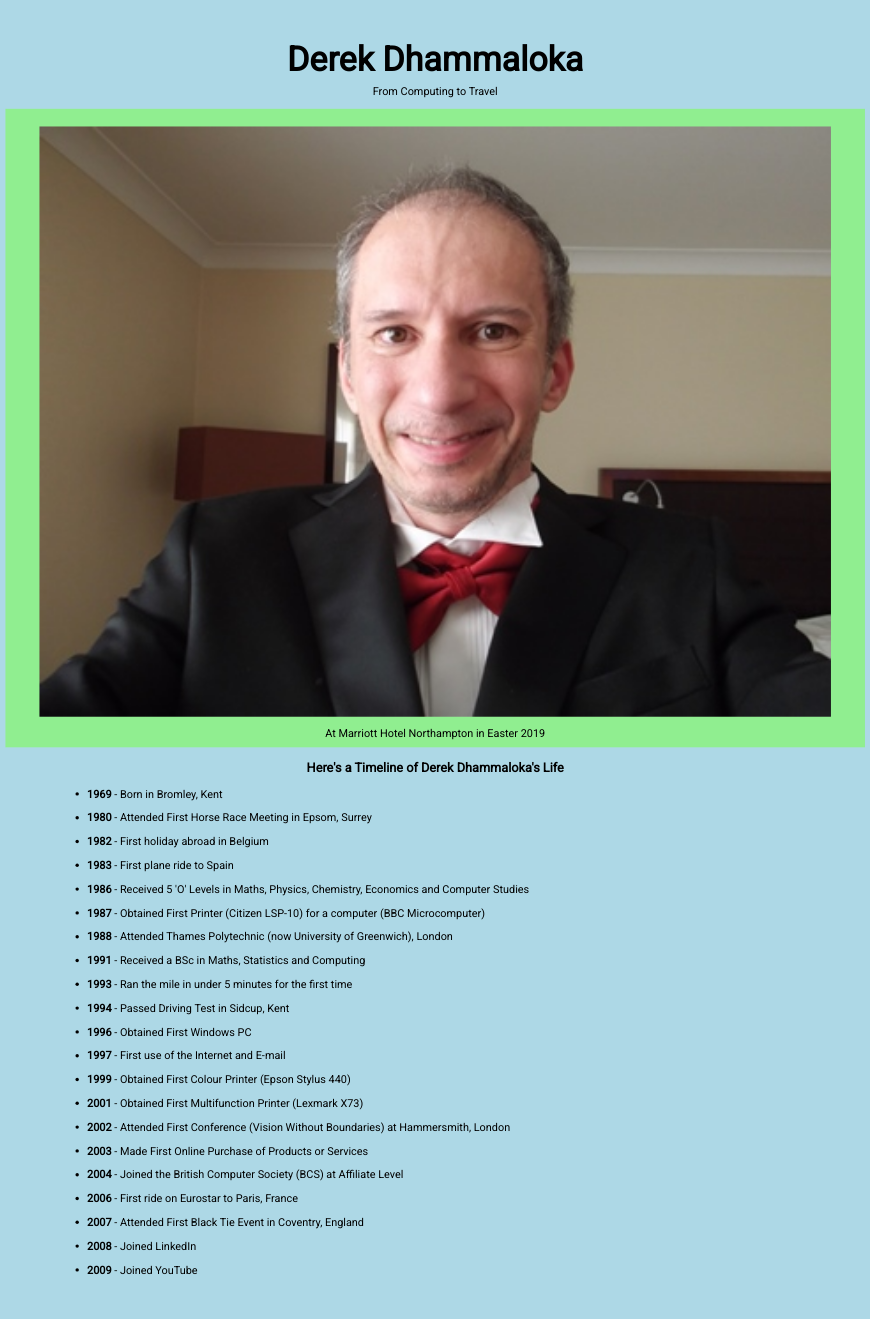
Repository: derektypist/tribute-page
Page: index.html
The author's editor kept a record of every edit. The page is drawn from the files as they stood at one moment, then again after the next edit.
The browser window is 1280 px wide. The pictures show the whole page, at 68% of full size.

Above is the page before.

After the next edit:
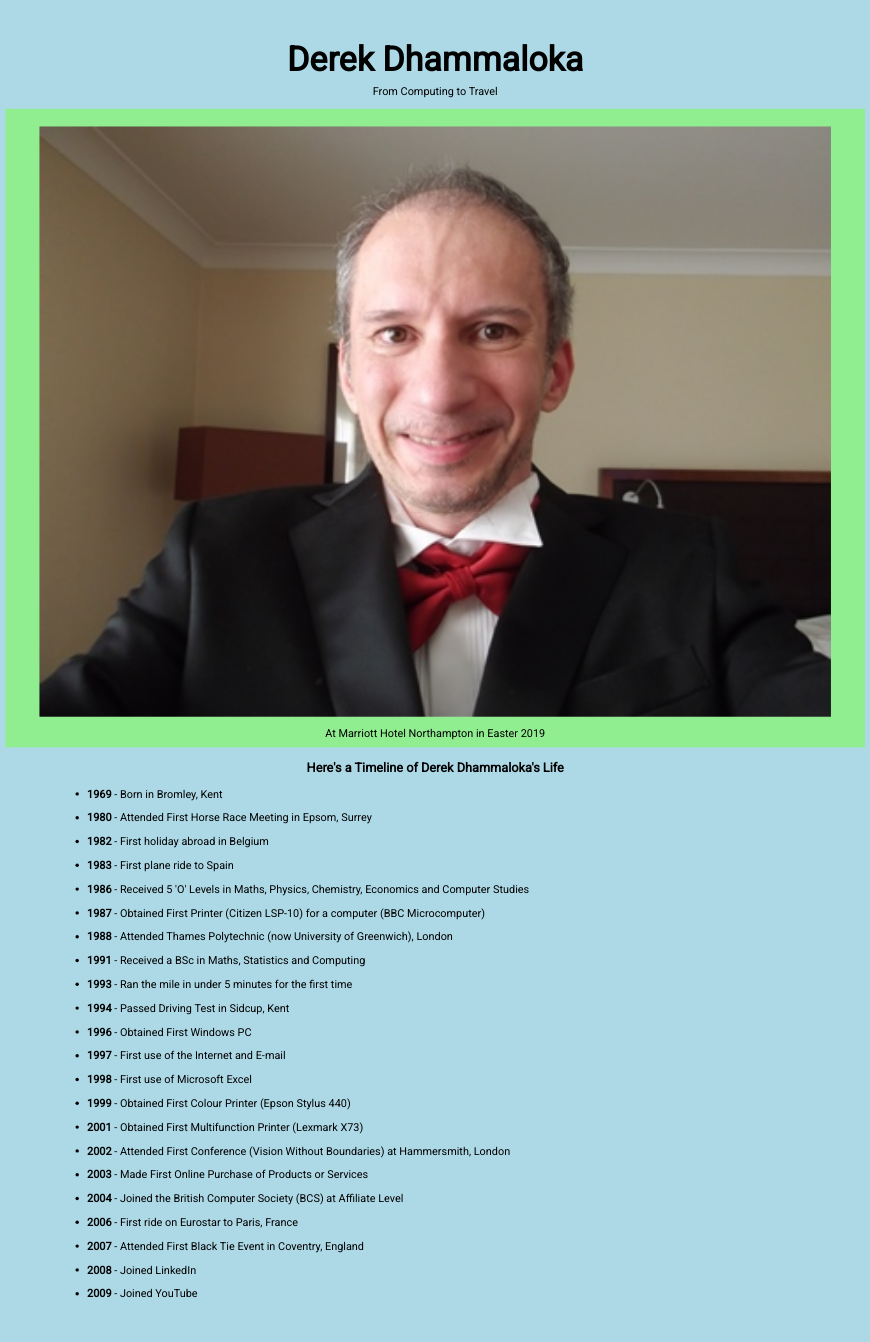
The edit:
--- a/index.html
+++ b/index.html
@@ -137,6 +137,14 @@
                     <li><strong>1997 </strong>- First use of the Internet and E-mail</li>
                 </ul>
 
+                <!-- Display Information for 1998 -->
+                <ul>
+                    <li><strong>1998 </strong>- First use of Microsoft Excel</li>
+                </ul>
+
+
+
+
                 <!-- Display Information for 1999 -->
                 <ul>
                     <li><strong>1999 </strong>- Obtained First Colour Printer (Epson Stylus 440)</li>
